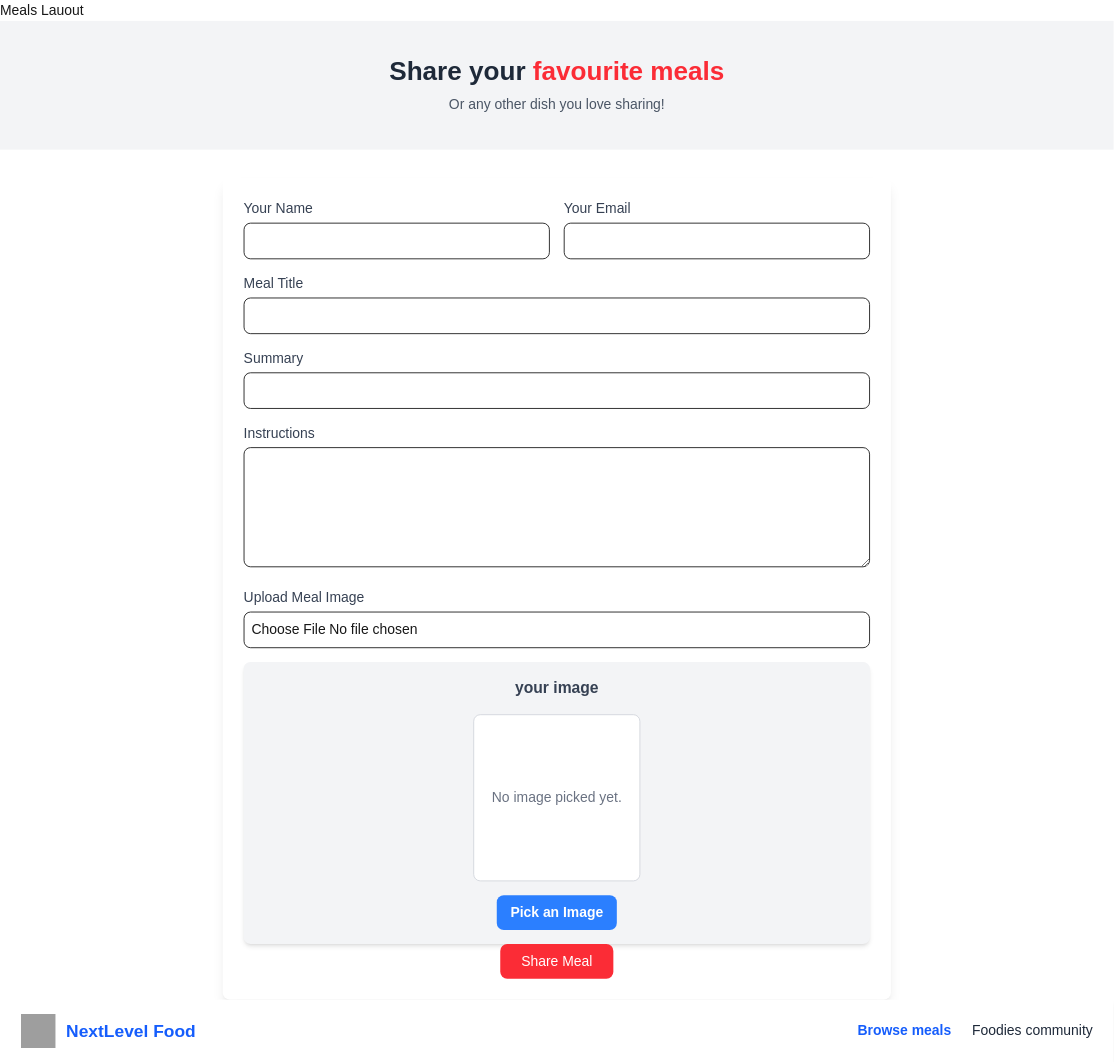
Repository: ananya2420/my-next-app
Page: /meals/share
The author's editor kept a copy of each file at every save. The page is drawn from the files as they stood at one save, then again after the next save.
The browser window is 1280 px wide. The pictures show the whole page, at 87% of full size.
Pictures or frames that could not be fetched are drawn as grey boxes. The project was rebuilt for these pictures with package versions that can differ from the ones it lists, and the page was loaded fresh each time. The framework's server and built-in components were replaced by stand-ins that run in the browser. Also part of the build but not shown: next.config.mjs.

Above is the page before, as saved 2025-03-30 10:08:36.

### src/app/layout.js
//import { Geist, Geist_Mono } from "next/font/google";
import MainHeader from "../../components/main-header";

import "./globals.css";

/*
const geistSans = Geist({
  variable: "--font-geist-sans",
  subsets: ["latin"],
});

const geistMono = Geist_Mono({
  variable: "--font-geist-mono",
  subsets: ["latin"],
});
*/

export const metadata = {
  title: "Create Next App",
  description: "Generated by create next app",
};

export default function RootLayout({ children }) {
  return (
    <html lang="en">
    {/*  <body
       className={`${geistSans.variable} ${geistMono.variable} antialiased`}
      > */}
      <body>
        {children}
        <MainHeader />

      </body>
    </html>
  );
}

### src/app/meals/layout.js
export default function MealsLayout({children}){
    return <>
    <p>Meals Lauout</p>
    {children}

    </>
}

### src/app/meals/share/page.js
'use client';

import { shareMeal } from "@/app/lib/actions";
import ImagePicker from "../image-picker";
import { useFormStatus } from "react-dom";

export default function ShareMealPage() {
  const status = useFormStatus();

  return (
    <>
      <header className="bg-gray-100 py-10 text-center">
        <h1 className="text-3xl font-bold text-gray-800">
          Share your <span className="text-red-500">favourite meals</span>
        </h1>
        <p className="text-gray-600 mt-2">Or any other dish you love sharing!</p>
      </header>

      <main className="max-w-3xl mx-auto p-6 bg-white shadow-lg rounded-lg mt-8">
        <form className="space-y-4" action={shareMeal}>
          <div className="grid grid-cols-1 md:grid-cols-2 gap-4">
            <div>
              <label htmlFor="name" className="block text-gray-700 font-medium">
                Your Name
              </label>
              <input
                type="text"
                id="name"
                name="name"
                required
                className="w-full mt-1 p-2 border rounded-lg focus:ring-2 focus:ring-red-400 focus:outline-none"
              />
            </div>

            <div>
              <label htmlFor="email" className="block text-gray-700 font-medium">
                Your Email
              </label>
              <input
                type="email"
                id="email"
                name="email"
                required
                className="w-full mt-1 p-2 border rounded-lg focus:ring-2 focus:ring-red-400 focus:outline-none"
              />
            </div>
          </div>

          <div>
            <label htmlFor="title" className="block text-gray-700 font-medium">
              Meal Title
            </label>
            <input
              type="text"
              id="title"
              name="title"
              required
              className="w-full mt-1 p-2 border rounded-lg focus:ring-2 focus:ring-red-400 focus:outline-none"
            />
          </div>

          <div>
            <label htmlFor="summary" className="block text-gray-700 font-medium">
              Summary
            </label>
            <input
              type="text"
              id="summary"
              name="summary"
              required
              className="w-full mt-1 p-2 border rounded-lg focus:ring-2 focus:ring-red-400 focus:outline-none"
            />
          </div>

          <div>
            <label htmlFor="instructions" className="block text-gray-700 font-medium">
              Instructions
            </label>
            <textarea
              id="instructions"
              name="instructions"
              rows="5"
              required
              className="w-full mt-1 p-2 border rounded-lg focus:ring-2 focus:ring-red-400 focus:outline-none"
            ></textarea>
          </div>

          <div>
            <label htmlFor="image" className="block text-gray-700 font-medium">
              Upload Meal Image
            </label>
            <input
              type="file"
              id="image"
              name="image"
              accept="image/*"
              className="w-full mt-1 p-2 border rounded-lg"
            />
          </div>

          <div className="text-center">
            <ImagePicker label="your image" name="image" />
            <button
              type="submit"
              className="bg-red-500 text-white px-6 py-2 rounded-lg hover:bg-red-600 transition duration-200 disabled:opacity-50"
              disabled={status.pending}
            >
              {status.pending ? "Sharing..." : "Share Meal"}
            </button>
          </div>
        </form>
      </main>
    </>
  );
}

### components/main-header.js


import Link from "next/link";
import logoImg from './assets/icon/logo.png'
import NavLink from "./nav-link";
//import { usePathname } from "next/navigation";

export default function MainHeader() {
  //const path = usePathname();

  return (
    <header className="flex items-center justify-between bg-white shadow-md px-6 py-4">
      {/* Logo and Branding */}
      <Link href="/" className="flex items-center space-x-3 text-xl font-bold text-gray-800">
        <img src={logoImg} alt="A plate with food on it" className="w-10 h-10" />
        <span className="text-blue-600">NextLevel Food</span>
      </Link>

      {/* Navigation */}
      <nav>
        <ul className="flex space-x-6">
          <li>
           <NavLink href="/meals">Browse meals</NavLink>
          </li>
          <li>
            <NavLink href="/community">Foodies community</NavLink>
          </li>
        </ul>
      </nav>
    </header>
  );
}

### src/app/globals.css
@import "tailwindcss";

/* styles/globals.css */
@tailwind base;
@tailwind components;
@tailwind utilities;



:root {
  --background: #ffffff;
  --foreground: #171717;
}

@theme inline {
  --color-background: var(--background);
  --color-foreground: var(--foreground);
  --font-sans: var(--font-geist-sans);
  --font-mono: var(--font-geist-mono);
}

@media (prefers-color-scheme: dark) {
  :root {
    --background: #0a0a0a;
    --foreground: #ededed;
  }
}
*{
  box-sizing: border-box;
}
html{
  font-family: 'Open sans',sans-serif;
  height:100%;
}
body {
  height: 100%;
  margin: 0;
  color:#ddd8e4;
  background: var(--background);
  color: var(--foreground);
  font-family: Arial, Helvetica, sans-serif;
}

### src/app/lib/actions.js
'use server';


import { redirect } from "next/navigation";
import { saveMeal } from "./meals";

export async function shareMeal(formData) {


    const meal = {
      title: formData.get("title"),
      summary: formData.get("summary"),
      instructions: formData.get("instructions"),
      image: formData.get("image"),
      creator: formData.get("name"),
      creator_email: formData.get("email"),
    };

    //console.log(meal);
    await saveMeal(meal);
    redirect('/meals');
  }

### src/app/meals/image-picker.js
'use client';

import Image from "next/image";
import { useRef, useState } from "react";

export default function ImagePicker({ label, name }) {
  const [pickedImage, setPickedImage] = useState();
  const imageInput = useRef();

  function handlePickClick() {
    imageInput.current.click();
  }

  function handleImageChange(event) {
    const file = event.target.files[0]; // Fixed typo

    if (!file) {
      return;
    }
    const fileReader = new FileReader();

    fileReader.onload = () => {
      setPickedImage(fileReader.result);
    };
    fileReader.readAsDataURL(file);
  }

  return (
    <div className="flex flex-col items-center gap-4 p-4 bg-gray-100 rounded-lg shadow-md">
      <label htmlFor={name} className="text-lg font-semibold text-gray-700">
        {label}
      </label>

      {/* Image Preview Box */}
      <div className="w-48 h-48 border border-gray-300 rounded-lg flex items-center justify-center overflow-hidden bg-white">
        {!pickedImage && <p className="text-gray-500">No image picked yet.</p>}
        {pickedImage && (
          <Image
            src={pickedImage}
            alt="The image selected by the user."
            width={192}
            height={192}
            className="w-full h-full object-cover rounded-lg"
          />
        )}
      </div>

      {/* Hidden File Input */}
      <input
        type="file"
        id={name}
        accept="image/png, image/jpeg"
        name={name}
        ref={imageInput}
        onChange={handleImageChange}
        className="hidden"
      />

      {/* Button to Pick Image */}
      <button
        type="button"
        onClick={handlePickClick}
        className="px-4 py-2 bg-blue-500 text-white font-semibold rounded-lg hover:bg-blue-600 transition duration-200"
      >
        Pick an Image
      </button>
    </div>
  );
}

### components/nav-link.js
"use client";

import Link from "next/link";
import { usePathname } from "next/navigation";

export default function NavLink({href,children}){

  const path =   usePathname();
    return  <Link href={href} className={`${path.startsWith(href) ? 'text-blue-600 font-bold' : 'text-gray-800'}`}>
   {children}
  </Link>
}

### src/app/lib/meals.js
import fs from 'node:fs/promises';
import slugify from 'slugify';
import xss from 'xss';
import sql from 'better-sqlite3';

const db = sql('meals.db');

export async function saveMeal(meal) {
  meal.slug = slugify(meal.title, { lower: true });
  meal.instructions = xss(meal.instructions);

  // ✅ Check if the slug already exists
  const existingMeal = db.prepare("SELECT * FROM meals WHERE slug = ?").get(meal.slug);
  if (existingMeal) {
    // If the slug exists, generate a new one by appending a number (you can modify this as needed)
    let counter = 1;
    let newSlug = `${meal.slug}-${counter}`;
    while (db.prepare("SELECT * FROM meals WHERE slug = ?").get(newSlug)) {
      counter++;
      newSlug = `${meal.slug}-${counter}`;
    }
    meal.slug = newSlug; // Use the unique slug
  }

  const extension = meal.image.name.split('.').pop();
  const fileName = `${meal.slug}.${extension}`;
  const imagePath = `public/images/${fileName}`;

  const bufferedImage = Buffer.from(await meal.image.arrayBuffer());
  await fs.writeFile(imagePath, bufferedImage);

  meal.image = `/images/${fileName}`;

  if (!meal.creator) {
    throw new Error("Creator field is required.");
  }

  const stmt = db.prepare(`
    INSERT INTO meals
    (title, summary, instructions, creator, creator_email, image, slug)
    VALUES (
      @title,
      @summary,
      @instructions,
      @creator,
      @creator_email,
      @image,
      @slug
    )
  `);

  stmt.run(meal);
}

// ✅ Fetch all meals
export async function getMeals() {
  const stmt = db.prepare("SELECT * FROM meals");
  return stmt.all();
}

// ✅ Fetch a single meal by slug
export async function getMeal(slug) {
  const stmt = db.prepare("SELECT * FROM meals WHERE slug = ?");
  return stmt.get(slug);
}

After the next save:
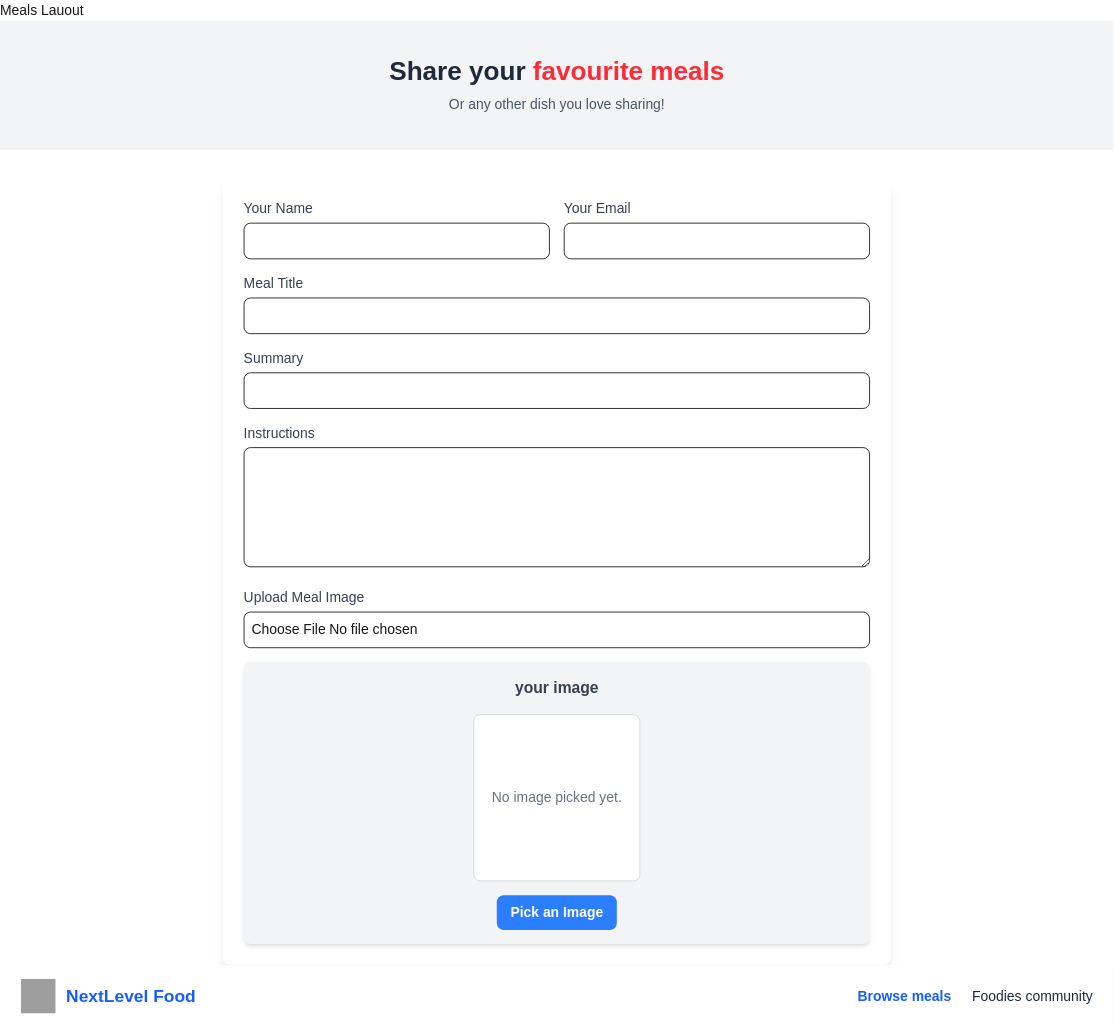
Saved 8 s later.
--- a/src/app/meals/share/page.js
+++ b/src/app/meals/share/page.js
@@ -100,13 +100,7 @@ export default function ShareMealPage() {
 
           <div className="text-center">
             <ImagePicker label="your image" name="image" />
-            <button
-              type="submit"
-              className="bg-red-500 text-white px-6 py-2 rounded-lg hover:bg-red-600 transition duration-200 disabled:opacity-50"
-              disabled={status.pending}
-            >
-              {status.pending ? "Sharing..." : "Share Meal"}
-            </button>
+
           </div>
         </form>
       </main>
